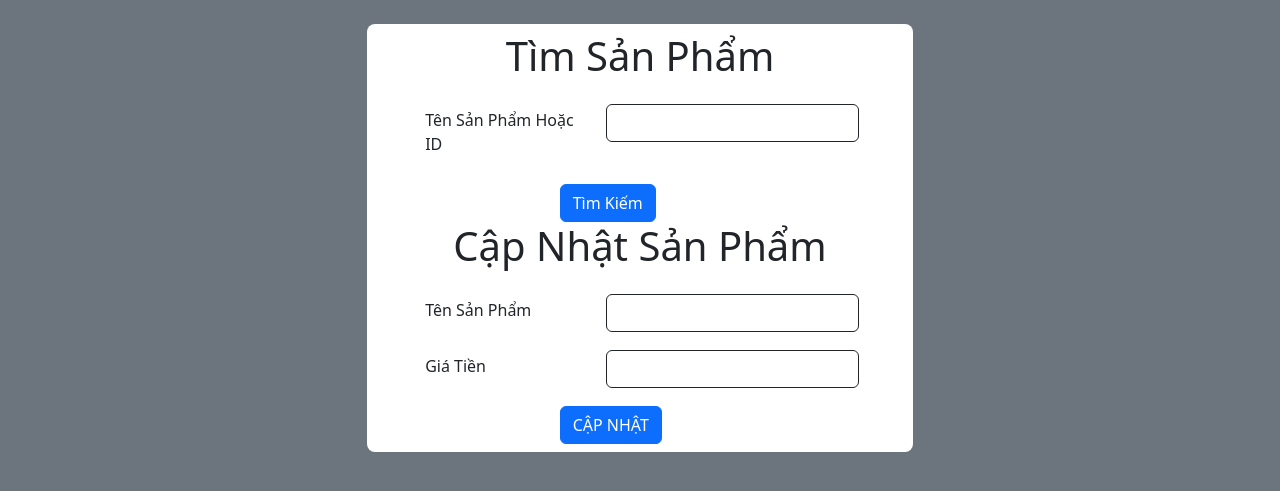
Repository: HT-35/iuh
Page: thi GK/update.html
The author's editor kept a copy of each file at every save. The page is drawn from the files as they stood at one save, then again after a run of saves.
The browser window is 1280 px wide. The pictures show the whole page.

Above is the page before, as saved 2024-03-27 15:50:14.

After the next 2 saves:
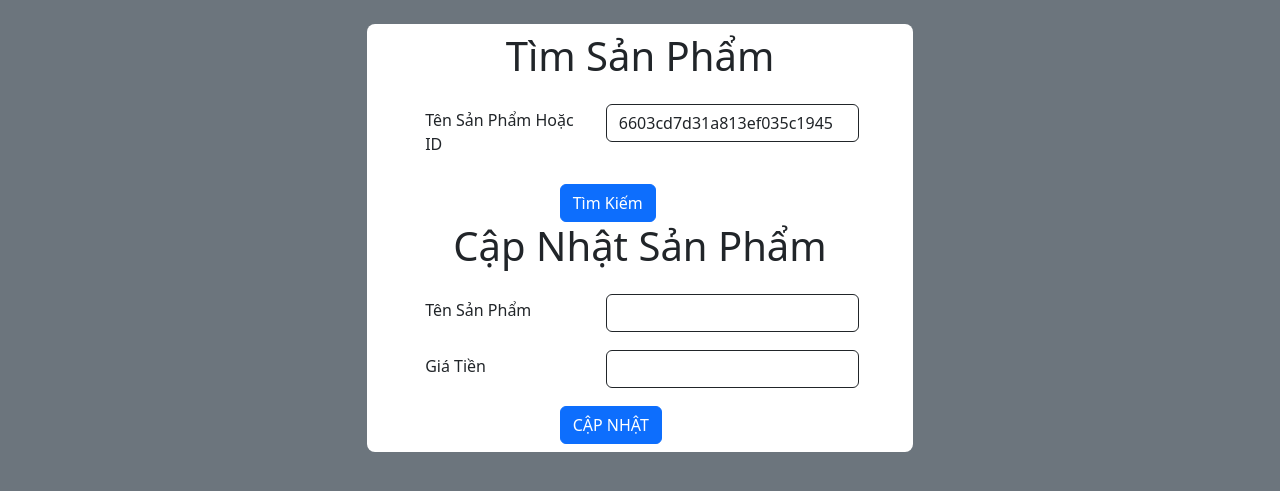
The 2 saves are shown as one change because they came seconds apart.
The last was saved 6 s later.
--- a/thi GK/update.html
+++ b/thi GK/update.html
@@ -32,8 +32,8 @@
               <label for="name-product" class="form-label p-1">Tên Sản Phẩm Hoặc ID </label>
             </div>
             <div class="col-6 col-sm-6 col-md-6 col-lg-6">
-              <input type="text" defaul class="form-control border border-dark" id="find-name-product" placeholder=""
-                name="name-product">
+              <input type="text" value="6603cd7d31a813ef035c1945" class="form-control border border-dark"
+                id="find-name-product" placeholder="" name="name-product">
             </div>
           </div>
 
